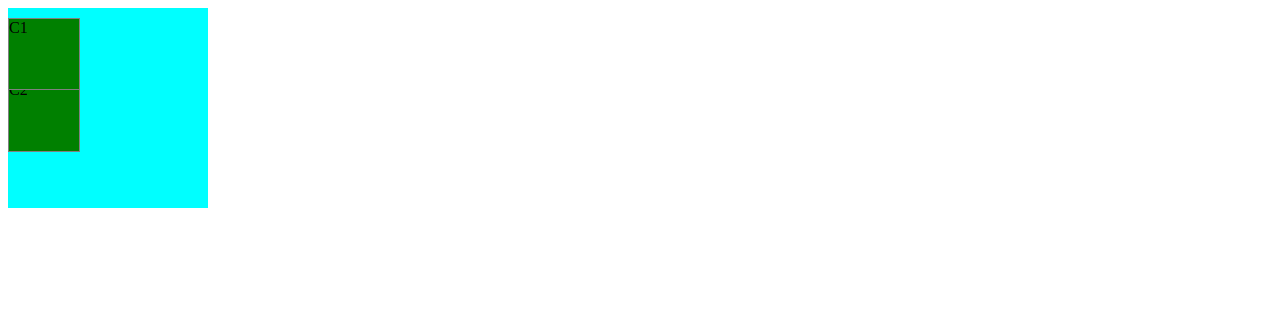
Repository: nepali2385/FUll-stack-practice
Page: Day5/Day5/position.html
An editor plug-in stored every save of this project. The page is shown before and after the next save, followed by the edit.
The browser window is 1280 px wide. The pictures show the whole page.

Above is the page before, as saved 2024-08-27 15:55:12.

### Day5/Day5/position.html
<!DOCTYPE html>
<html lang="en">
<head>
    <meta charset="UTF-8">
    <meta name="viewport" content="width=device-width, initial-scale=1.0">
    <title>Document</title>
    <link rel="stylesheet" href="position.css">
</head>
<body>
    <!-- Position in css -->
    <div class="p">
        <div class="c1">C1</div>
        <div class="c2">C2</div>
    </div>
</body>
</html>

### Day5/Day5/position.css
/* Positions in css */
.p{
    height:200px;
    width:200px;
    background-color: aqua;
}
.c1,.c2{
    height:70px;
    width:70px;
    background-color: green;
    border:1px solid grey;
}
.c1{
    position:relative;
    top:10px

}

After the next save:
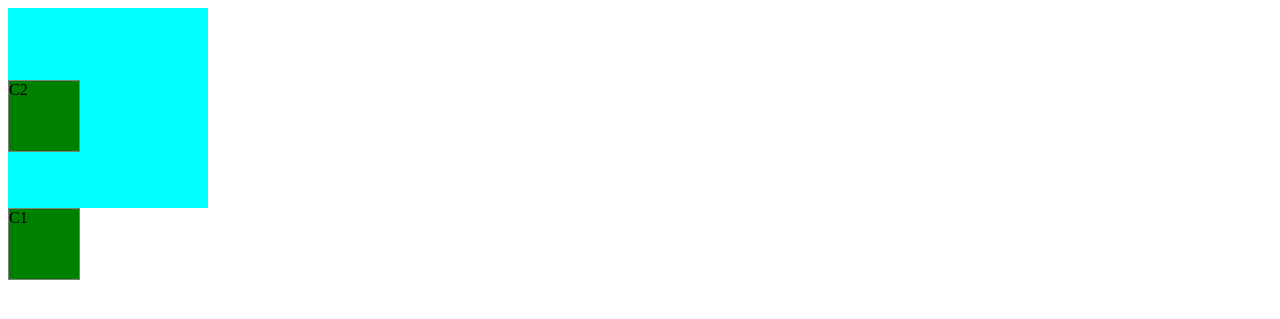
Saved 8 s later.
--- a/Day5/Day5/position.css
+++ b/Day5/Day5/position.css
@@ -12,6 +12,6 @@
 }
 .c1{
     position:relative;
-    top:10px
+    top:200px
 
 }
